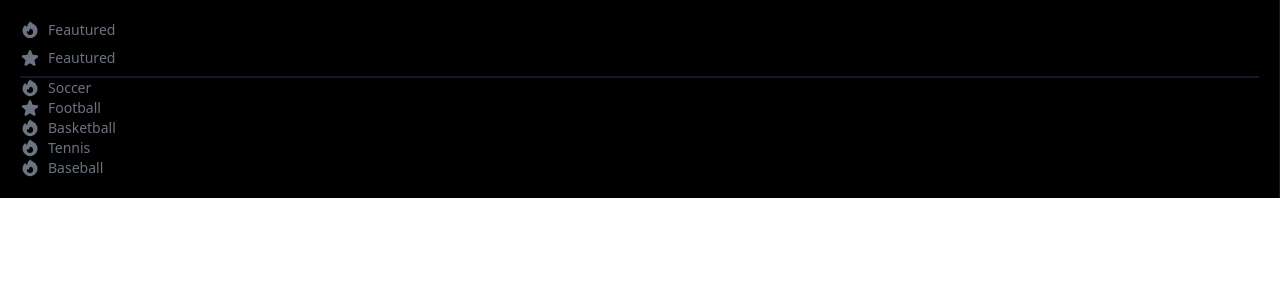
Repository: thekingisherenow/Betterbook
Page: /
The author's editor kept a copy of each file at every save. The page is drawn from the files as they stood at one save, then again after the next save.
The browser window is 1280 px wide. The pictures show the whole page.
The project was rebuilt for these pictures with package versions that can differ from the ones it lists, and the page was loaded fresh each time. The framework's server and built-in components were replaced by stand-ins that run in the browser. Also part of the build but not shown: next.config.js.

Above is the page before, as saved 2023-01-16 16:07:00.

### src/pages/_app.tsx
import type { AppProps } from 'next/app'
import { Provider } from 'react-redux'
import store from '../core/store'
import '../core/styles/root.css'

const App = (props: AppProps) => {
  const { Component, pageProps } = props
  return (
    <Provider store={store}>
      <Component {...pageProps} />
    </Provider>
  )
}

export default App

### src/pages/index.tsx
import type { NextPage } from 'next'
import { useEffect, useState } from 'react'
import API from '../core/services'
import { Game } from '../types/game'
import Sidebar from '../components/Typography/Sidebar'

const IndexPage: NextPage = () => {
  const [games, setGames] = useState<Game[]>([])

  useEffect(() => {
    API.games.fetchGames().then(setGames)
  }, [])

  return <div>
        <main className='bg-black'>
            {/* Sidebar */}
            <Sidebar/>
            {/* Center  */}

        </main>
  </div>
}

export default IndexPage

### src/core/store/index.ts
import { configureStore } from '@reduxjs/toolkit'
import { counterReducer } from './slices/counterSlice'

const store = configureStore({
  reducer: {
    counter: counterReducer,
  },
})

export default store

### src/core/services/index.ts
import * as gamesServices from './games'

const API = {
  games: gamesServices,
}

export default API

### src/components/Typography/Sidebar.tsx
import React from 'react'
import { FireIcon, StarIcon } from '@heroicons/react/24/solid'

function Sidebar() {
    return (
        <div className='text-gray-500 p-5 text-sm border-r  border-gray-900'>
            <div>
                <div className='flex flex-col space-y-2'>
                    <button className='flex items-center space-x-2 hover:text-blue-600'>
                        <FireIcon className='w-5 h-5' />
                        <p>Feautured</p>
                    </button>
                    <button className='flex items-center space-x-2 hover:text-blue-600'>
                        <StarIcon className='w-5 h-5' />
                        <p>Feautured</p>
                    </button>
                    <hr className='border-t-2 border-gray-900' />
                </div>

                <div>
                    <button className='flex items-center space-x-2 hover:text-blue-600'>
                        <FireIcon className='w-5 h-5' />
                        <p>Soccer</p>
                    </button>
                    <button className='flex items-center space-x-2 hover:text-blue-600'>
                        <StarIcon className='w-5 h-5' />
                        <p>Football</p>
                    </button>
                    <button className='flex items-center space-x-2 hover:text-blue-600'>
                        <FireIcon className='w-5 h-5' />
                        <p>Basketball</p>
                    </button>
                    <button className='flex items-center space-x-2 hover:text-blue-600'>
                        <FireIcon className='w-5 h-5' />
                        <p>Tennis</p>
                    </button>
                    <button className='flex items-center space-x-2 hover:text-blue-600'>
                        <FireIcon className='w-5 h-5' />
                        <p>Baseball</p>
                    </button>
                </div>
            </div>
        </div>
    )
}

export default Sidebar

### src/core/store/slices/counterSlice.ts
import { createSlice } from '@reduxjs/toolkit'

export const counterSlice = createSlice({
  name: 'counter',
  initialState: {
    count: 0,
  },
  reducers: {
    setCount(state, { payload }) {
      state.count = payload
    },
  },
})

export const counterReducer = counterSlice.reducer

### src/core/services/games.ts
import { Game } from '../../types/game'

export const fetchGames = (): Promise<Game[]> => {
  return Promise.resolve([
    {
      id: '1',
      name: 'Spain vs Argentina',
    },
  ])
}

### tailwind.config.js
/** @type {import('tailwindcss').Config} */
module.exports = {
  content: [
    './src/pages/**/*.{js,ts,jsx,tsx}',
    './src/components/**/*.{js,ts,jsx,tsx}',
    './src/modules/**/*.{js,ts,jsx,tsx}',
  ],
  theme: {
    extend: {},
  },
  plugins: [],
}

### src/components/Typography/Header.tsx
import React from 'react'

function Header() {
  return (
    <div>
      I am header.
    </div>
  )
}

export default Header

Loaded but not shown: src/core/styles/root.css (common file)

After the next save:
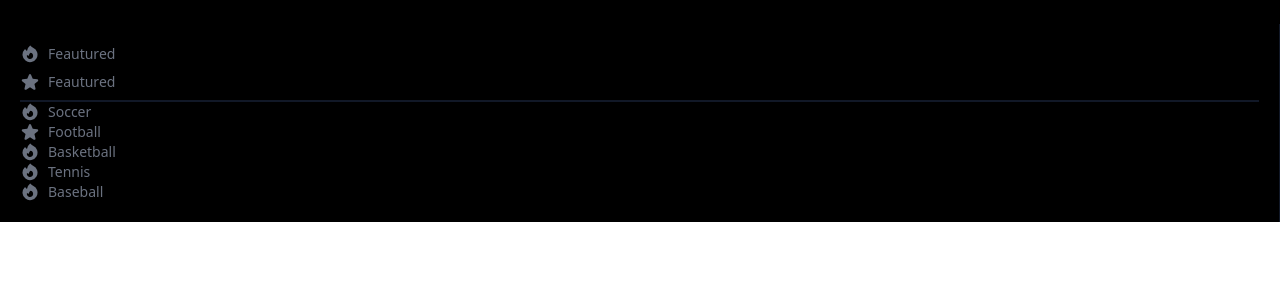
Saved 6 s later.
--- a/src/pages/index.tsx
+++ b/src/pages/index.tsx
@@ -3,6 +3,7 @@ import { useEffect, useState } from 'react'
 import API from '../core/services'
 import { Game } from '../types/game'
 import Sidebar from '../components/Typography/Sidebar'
+import Header from '../components/Typography/Header'
 
 const IndexPage: NextPage = () => {
   const [games, setGames] = useState<Game[]>([])
@@ -13,6 +14,9 @@ const IndexPage: NextPage = () => {
 
   return <div>
         <main className='bg-black'>
+
+          {/* Header  */}
+          <Header />
             {/* Sidebar */}
             <Sidebar/>
             {/* Center  */}
